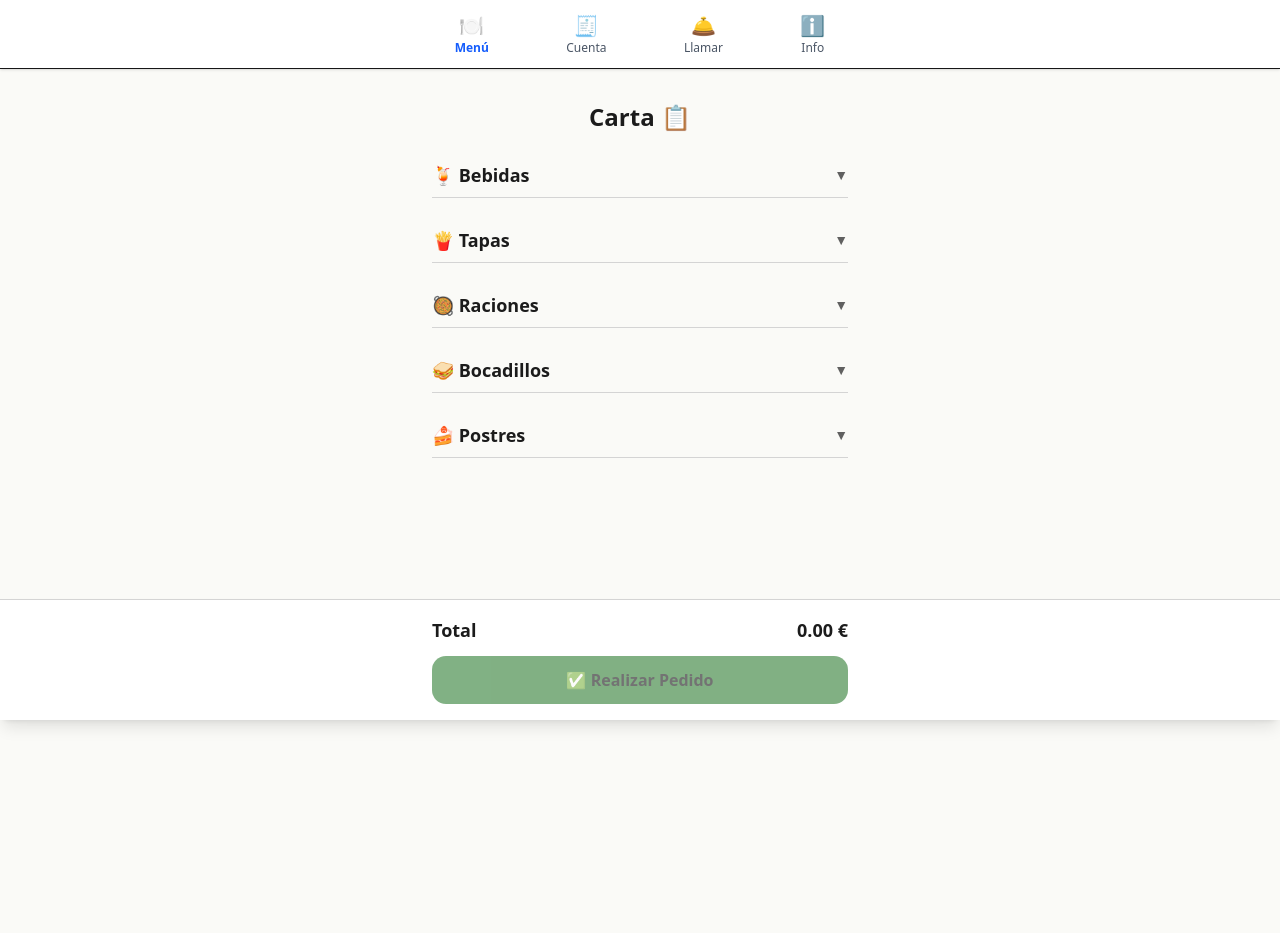
Repository: jrcardenas/sirvaapp
Page: /menu
The author's editor kept a copy of each file at every save. The page is drawn from the files as they stood at one save, then again after the next save.
The browser window is 1280 px wide. The pictures show the whole page.
The project was rebuilt for these pictures with package versions that can differ from the ones it lists, and the page was loaded fresh each time. The framework's server and built-in components were replaced by stand-ins that run in the browser. Also part of the build but not shown: next.config.ts.

Above is the page before, as saved 2025-11-02 12:55:37.

After the next save:
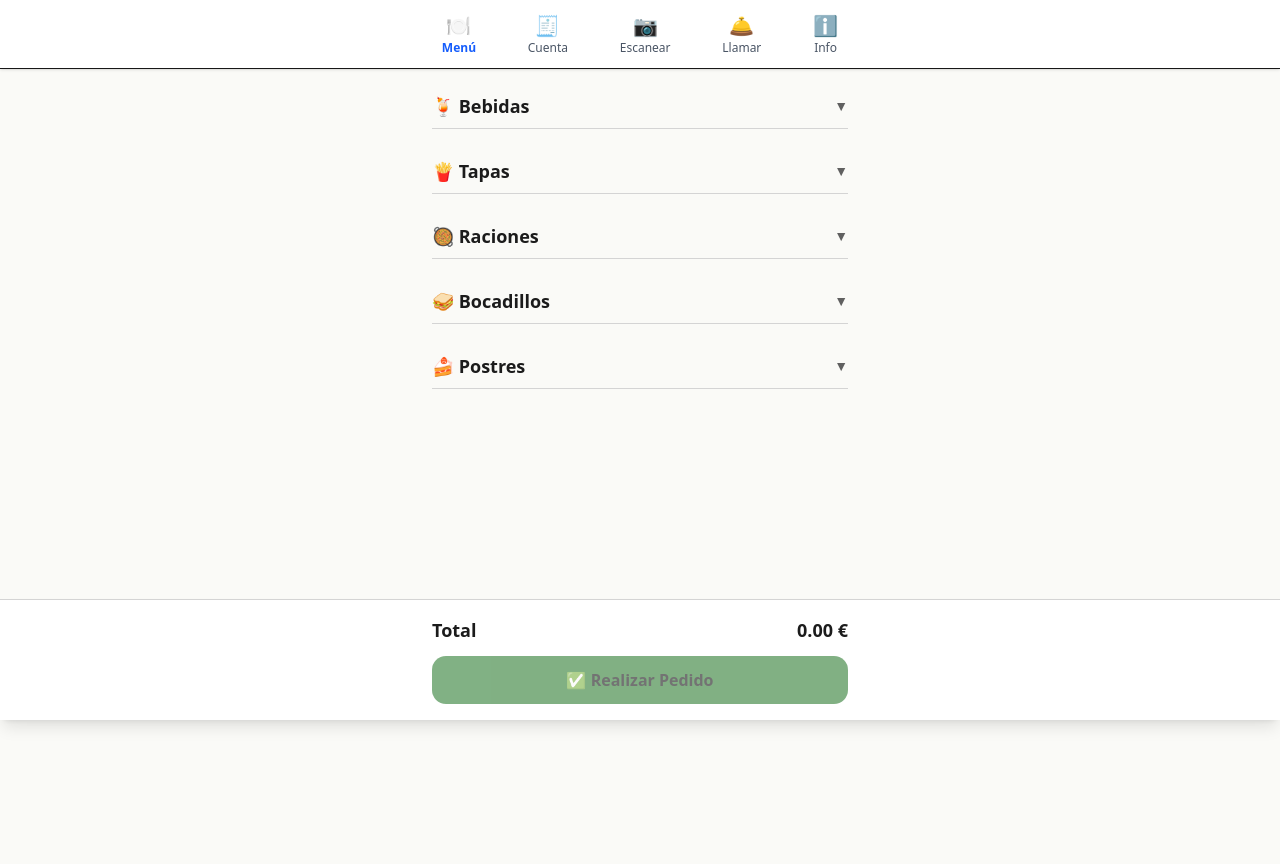
Saved 100 s later.
--- a/app/components/layout/Header.tsx
+++ b/app/components/layout/Header.tsx
@@ -9,18 +9,19 @@ export default function Header() {
   const navItems = [
     { href: "/menu", label: "Menú", icon: "🍽️" },
     { href: "/cuenta", label: "Cuenta", icon: "🧾" },
+    { href: "/escanear", label: "Escanear", icon: "📷" }, // ✅ Añadido
     { href: "/llamar", label: "Llamar", icon: "🛎️" },
     { href: "/info", label: "Info", icon: "ℹ️" },
   ];
 
   return (
-    <header className="w-full py-3 bg-white border-b shadow-sm">
+    <header className="w-full py-3 bg-white border-b shadow-sm fixed top-0 z-50">
       <nav className="flex justify-around max-w-md mx-auto text-sm">
         {navItems.map((item) => (
           <Link
             key={item.href}
             href={item.href}
-            className={`flex flex-col items-center ${
+            className={`flex flex-col items-center transition ${
               pathname === item.href
                 ? "text-blue-600 font-bold"
                 : "text-gray-600"
